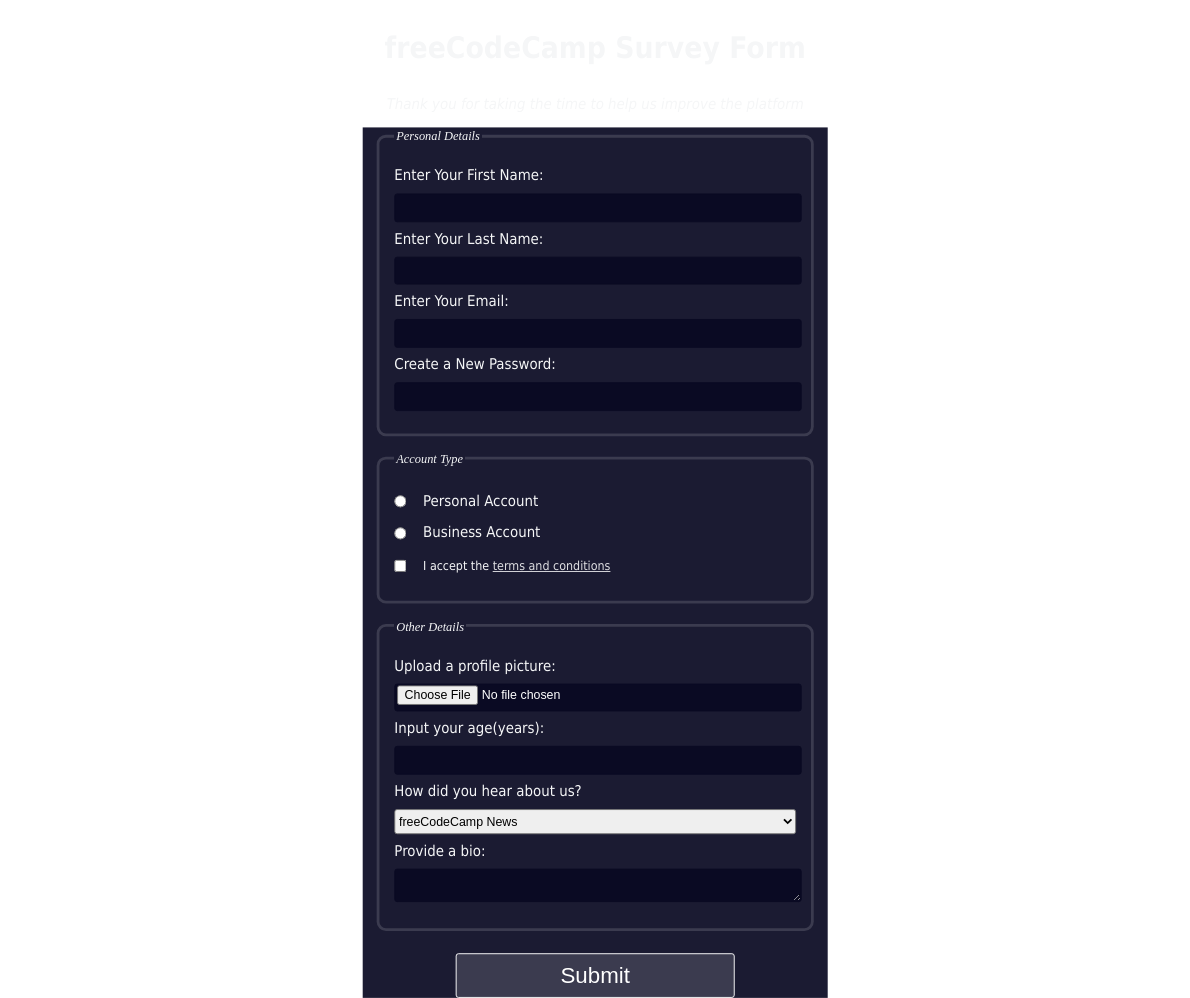
Repository: Lungdjos/survey_form_certification
Page: index.html
An editor plug-in stored every save of this project. The page is shown before and after a run of saves, followed by the edit.
The browser window is 1280 px wide. The pictures show the whole page, at 93% of full size.

Above is the page before, as saved 2023-09-30 02:02:41.

### index.html
<!DOCTYPE html>
<html lang="en">

<head>
    <meta charset="UTF-8">
    <meta name="viewport" content="width=device-width, initial-scale=1.0">
    <title>Survey Form</title>
    <link rel="stylesheet" href="styles.css">
</head>

<body>
    <h1>freeCodeCamp Survey Form </h1>
    <p>Thank you for taking the time to help us improve the platform</p>
    <form action="https://register-demo.freecodecamp.org" method="post">
        <fieldset>
            <legend> <small>Personal Details</small> </legend>
            <label for="first-name">Enter Your First Name: <input type="text" id="first-name" name="first-name" required> </label>
            <label for="last-name">Enter Your Last Name: <input type="text" id="last-name" name="last-name" required> </label>
            <label for="email">Enter Your Email: <input type="email" id="email" name="email" required> </label>
            <label for="new-password">Create a New Password: <input type="password" name="password" id="new-password" pattern="[A-Za-z0-9]{8,}" minlength="8" required> </label>
        </fieldset>
        <fieldset>
            <legend> <small>Account Type</small></legend>
            <label for="personal-account"> <input class="inline" type="radio" name="account-type" id="personal-account"> Personal Account</label>
            <label for="business-account"> <input class="inline" type="radio" name="account-type" id="business-account"> Business Account</label>
            <label for="terms-and-conditions"> <input class="inline" type="checkbox" name="ts-and-cs" id="terms-and-conditions" required> <small>I accept the <a href="https://www.freecodecamp.org/news/terms-of-service/">terms and conditions</a> </small> </label>
        </fieldset>
        <fieldset>
            <legend> <small>Other Details</small></legend>
            <label for="profile-pic">Upload a profile picture: <input type="file" name="profile-piture" id="profile-pic"></label>
            <label for="age">Input your age(years): <input type="number" name="age" id="age" min="13" max="100"> </label>

            <label for="referrer"> How did you hear about us?
                <select name="referrer" id="referrer">
                    <option value="">(select one)</option>
                    <option value="1" selected name="news">freeCodeCamp News</option>
                    <option value="2" name="youtube" >freeCodeCamp YouTube Channel</option>
                    <option value="3" name="forum" >freeCodeCamp Forum</option>
                    <option value="4" name="other" >Other</option>
                </select>
            </label>
            <label for="bio">Provide a bio:
                <textarea name="biography" id="bio" cols="50" rows="2" placeholder="I like coding on the beach..." >
                </textarea>
            </label>
        </fieldset>

        <input type="submit" value="Submit" name="submit" id="submit-btn">
    </form>
</body>

</html>

### styles.css
/* designs for the survey form */


/* CSS for the Registration Form */

body {
    width: 100%;
    height: 100vh;
    /* will need to set the value to */
    margin: 15px 0 15px 0;
    color: #f5f6f7;
    font-size: 16px;
    font-family: Tahoma;
}

label {
    display: block;
    margin: .5rem 0;
}

a {
    color: #dfdfe2;
}

a:hover {
    color: blanchedalmond;
    text-decoration: none;
}

a:active {
    color: #0a0a23;
}

form {}

fieldset {
    margin: 15px;
    border-radius: 10px;
    border: 3px solid #3b3b4f;
    padding: 1rem;
}


/* gets the last element and take effects */


/* fieldset:last-of-type {
    border: none;
} */

input,
textarea,
select {
    margin: 10px 0 0 0;
    width: 100%;
    border-radius: 3px;
    min-height: 2em;
}

input,
textarea {
    background-color: #0a0a23;
    border: 1px solid #0a0a23;
    color: #fff;
}

.inline {
    width: unset;
    margin: 0 1em 0 0;
    vertical-align: middle;
}

legend {
    font-style: italic;
    font-family: 'Times New Roman', Times, serif;
}

h1,
p {
    margin: 1em auto;
    text-align: center;
}

p {
    font-style: italic;
}

form {
    /* margin: 0px 30px 0px 30px; */
    margin: 0 auto;
    max-width: 500px;
    min-width: 300px;
    width: 60vw;
    background-color: #1b1b32;
}

#submit-btn:hover {
    background-color: blanchedalmond;
    margin-bottom: 2em;
    color: #0a0a23;
    border: 4px solid #3b3b4f;
    border-radius: 8px;
}

input[name="submit"] {
    display: block;
    width: 60%;
    margin: 1em auto;
    height: 2em;
    font-size: 1.5rem;
    background-color: #3b3b4f;
    border-color: white;
    min-width: 1em;
}

input[type="file"] {
    min-height: 2em;
    padding: 1px 2px;
}

After the next 2 saves:
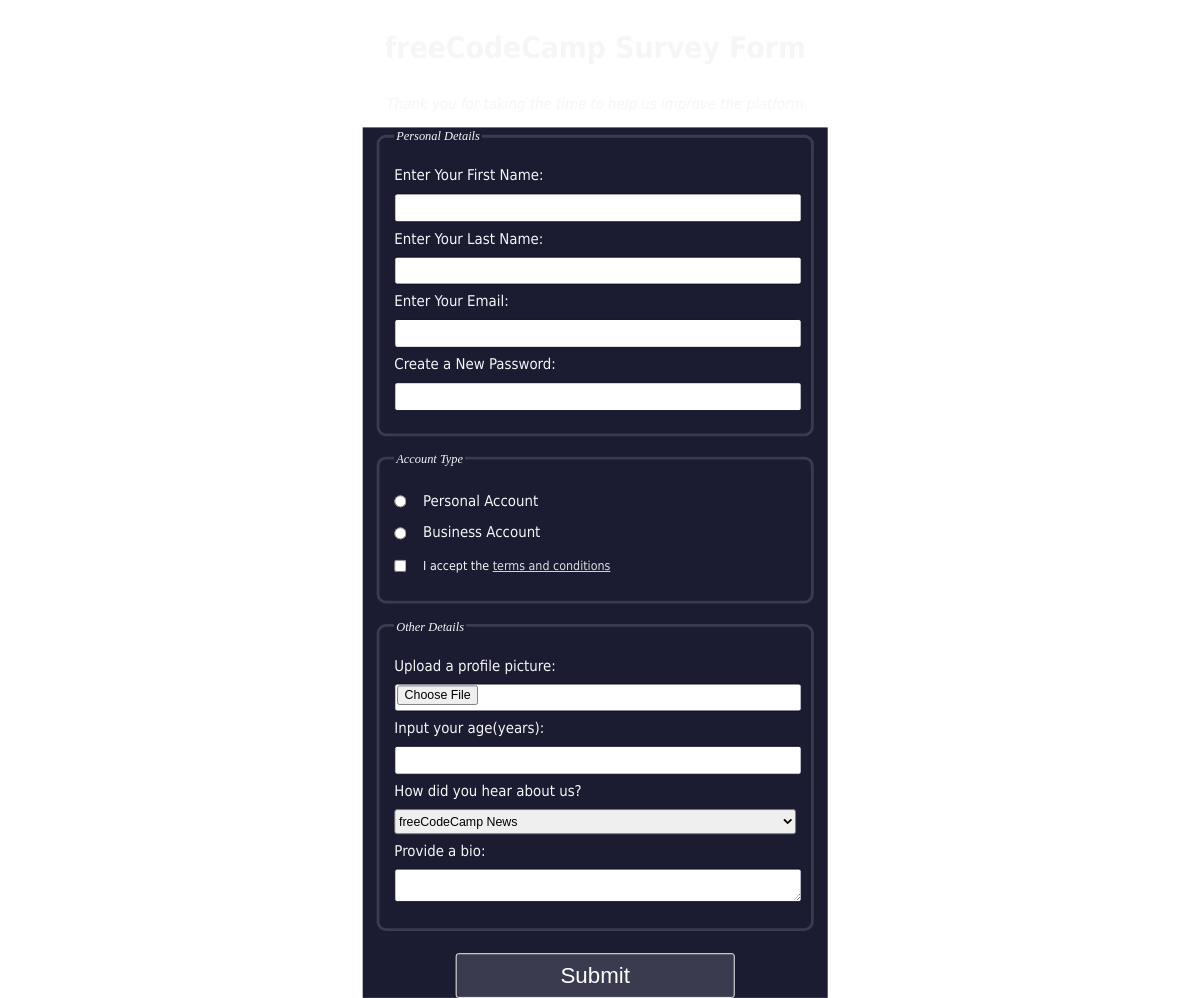
The 2 saves are shown as one change because they came seconds apart.
The last was saved 81 s later.
--- a/styles.css
+++ b/styles.css
@@ -59,7 +59,7 @@
 
 input,
 textarea {
-    background-color: #0a0a23;
+    background-color: #fff;
     border: 1px solid #0a0a23;
     color: #fff;
 }
